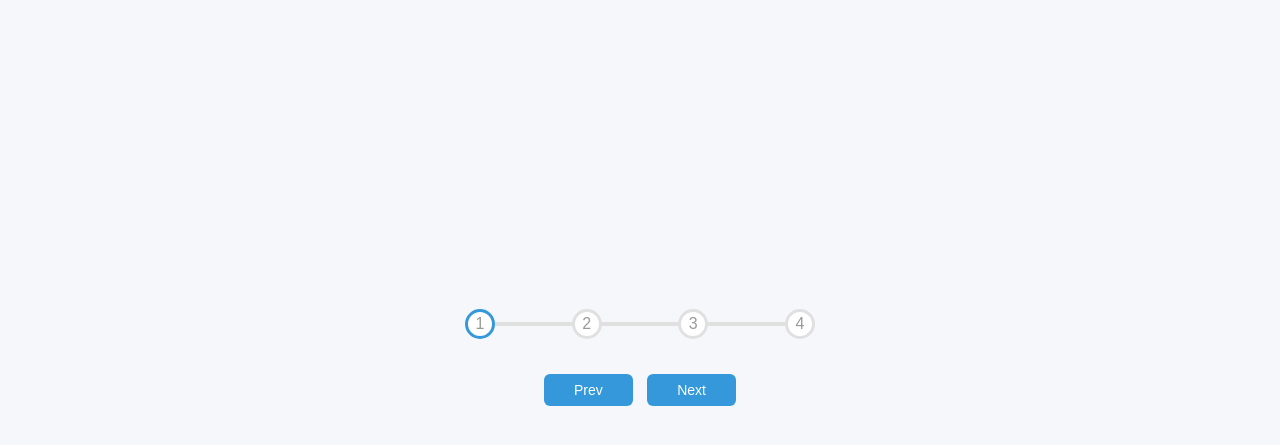
Repository: aobeid1979/Progress-Steps
Page: index.html
These files come from the project's save history. The page is drawn as it stood at one moment and after the next save; the edit follows.
The browser window is 1280 px wide. The pictures show the whole page.
Some web fonts or font styles are not loaded; a fallback is used.

Above is the page before, as saved 2024-06-03 21:15:52.

### index.html
<!DOCTYPE html>
<html lang="en">
<head>
    <meta charset="UTF-8">
    <meta name="viewport" content="width=device-width, initial-scale=1.0">
    <link rel="stylesheet" href="style.css">
    <title>Progress Steps</title>
</head>
<body>
    <div class="container">
        <div class="progress-container">
            <div class="progress" id="progress"></div>
            <div class="circle active">1</div>
            <div class="circle">2</div>
            <div class="circle">3</div>
            <div class="circle">4</div>
        </div>

        <button class="btn" id="prev" disabled>Prev</button>
        <button class="btn" id="next">Next</button>
    </div>


    <script src="script.js"></script>

</body>
</html>

### style.css
@import url('https://fonts.googleapis.com/css?family=Muli&display=swap');

:root {
    --line-border-fill: #3498db;
    --line-border-empty: #e0e0e0;
}


* {
    box-sizing: border-box;
}

body {
    background-color: #f6f7fb;
    font-family: 'Muli', sans-serif;
    display: flex;
    flex-direction: column;
    align-items: center;
    justify-content: center;
    height: 100vh;
    overflow: hidden;
    margin: 0;
}

.container {
    text-align: center;
}

.progress-container {
    display: flex;
    justify-content: space-between;
    position: relative;
    margin-bottom: 30px;
    max-width: 100%;
    width: 350px;
}

.progress-container::before {
    content:'';
    background-color: var(--line-border-empty);
    position: absolute;
    top: 50%;
    left: 0;
    transform: translateY(-50%);
    height: 4px;
    width: 100%;
    z-index: -1;
}

.progress {
    background-color: var(--line-border-fill);
    position: absolute;
    top: 50%;
    left: 0;
    transform: translateY(-50%);
    height: 4px;
    width: 0%;
    z-index: -1;
    transition: 0.4s ease;
}

.circle {
    background-color: #fff;
    color: #999;
    border-radius: 50%;
    height: 30px;
    width: 30px;
    display: flex;
    align-items: center;
    justify-content: center;
    border: 3px solid var(--line-border-empty);
    transition: .4sec ease;
}

.circle.active {
    border-color: var(--line-border-fill)
}

.btn {
    background-color: var(--line-border-fill);
    color: #fff;
    border: 0;
    border-radius: 6px;
    cursor: pointer;
    font-family: inherit;
    padding: 8px 30px;
    margin: 5px;
    font-size: 14px;
}

.btn:active  {
    transform: scale(0.98);
}

.btn:focus {
    outline: 0;
}

.btn:disabled {

}

Loaded but not shown: script.js (no copy from this time; the picture is the same without it)

After the next save:
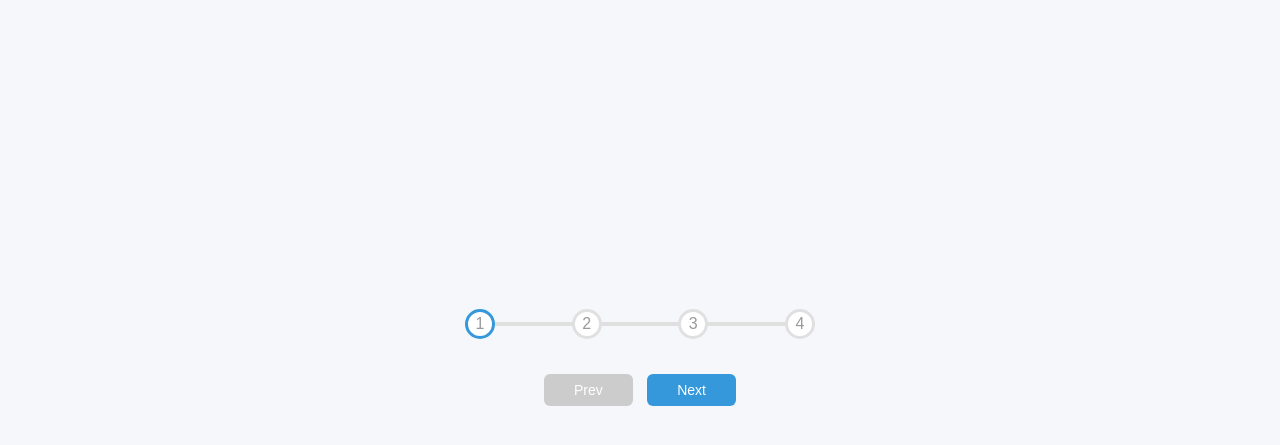
Saved 4 s later.
--- a/style.css
+++ b/style.css
@@ -97,5 +97,6 @@ body {
 }
 
 .btn:disabled {
-
+    background-color: #ccc;
+    cursor: not-allowed;
 }
